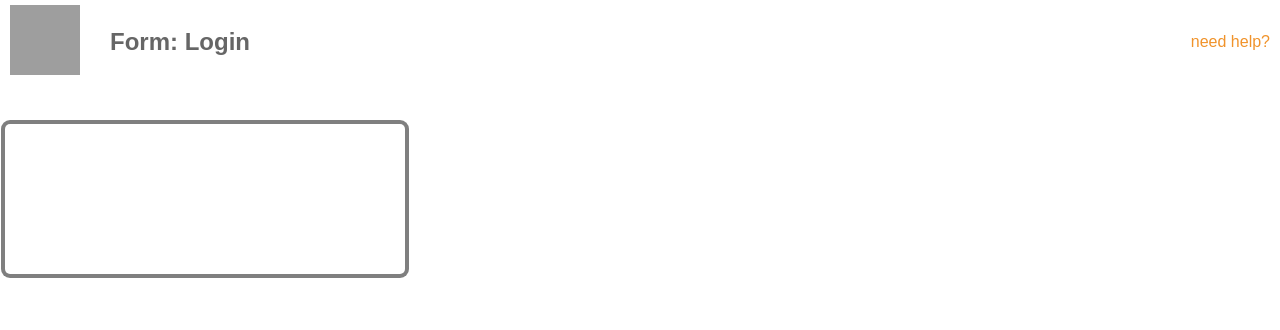
Repository: NguyenDucHung20002/project-homev1
Page: checkout/checkout.html
The author's editor kept a copy of each file at every save. The page is drawn from the files as they stood at one save, then again after a run of saves.
The browser window is 1280 px wide. The pictures show the whole page.
Pictures or frames that could not be fetched are drawn as grey boxes. The style sheet was rebuilt from its Sass, Less or Tailwind sources for each picture, by a compiler version that may differ from the author's.

Above is the page before, as saved 2022-09-20 09:13:48.

After the next 4 saves:
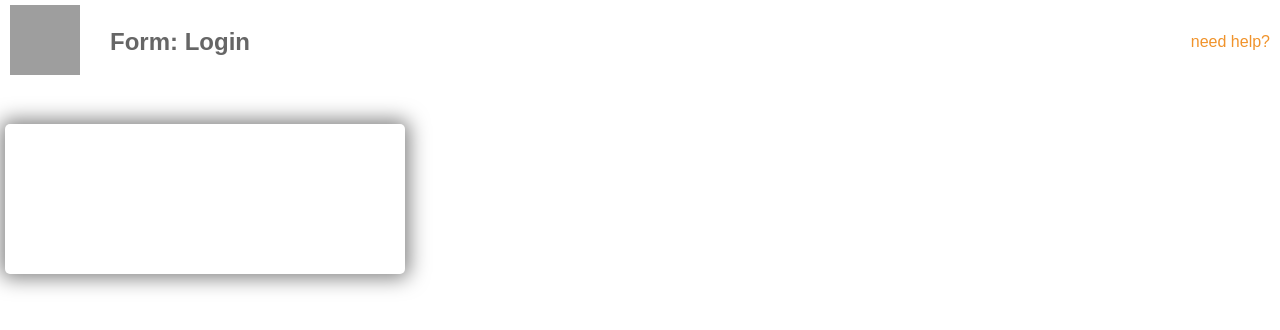
The 4 saves are shown as one change because they came seconds apart.
The last was saved 9 s later.
--- a/checkout/checkout.scss
+++ b/checkout/checkout.scss
@@ -55,7 +55,7 @@ header {
       width: 400px;
       height: 150px;
       border-radius: 5px;
-      box-shadow: 0px 0px 0px 4px rgba(0, 0, 0, 0.5);
+      box-shadow: 0px 0px 20px 4px rgba(0, 0, 0, 0.5);
     }
   }
 }
